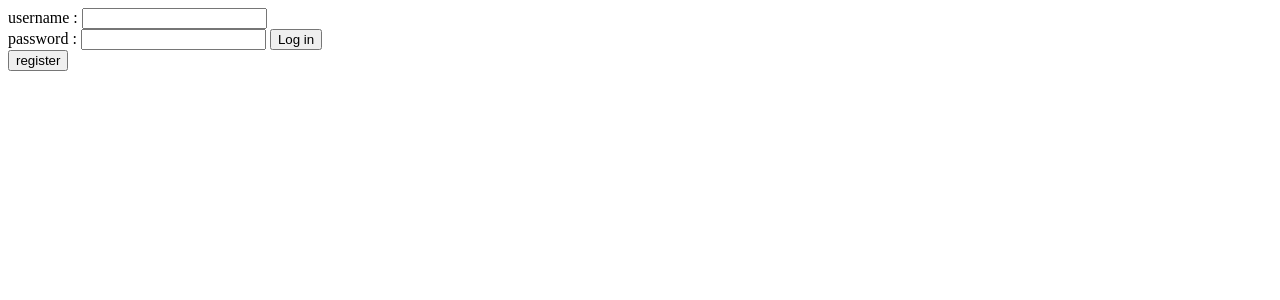
Repository: Aylin-NL/Webtech
Page: webtech1/WebContent/Login.html
The author's editor kept a copy of each file at every save. The page is drawn from the files as they stood at one save, then again after the next save.
The browser window is 1280 px wide. The pictures show the whole page.

Above is the page before, as saved 2014-09-02 21:01:17.

### webtech1/WebContent/Login.html
<!DOCTYPE html>
<html>
<head>
<meta charset="ISO-8859-1">

<title>Login</title>
</head>
	<body>
		<form action="./Servlet1" method="post">
			username  : <input type="text" name="username"> <br>
			password  : <input type="password" name="password">
			<input type="submit" name="submit" value="Log in">
		</form>

		<form action="./Servlet1" method="post">
			<input type="submit" name="register" value="register">
		</form>

	</body>
</html>

After the next save:
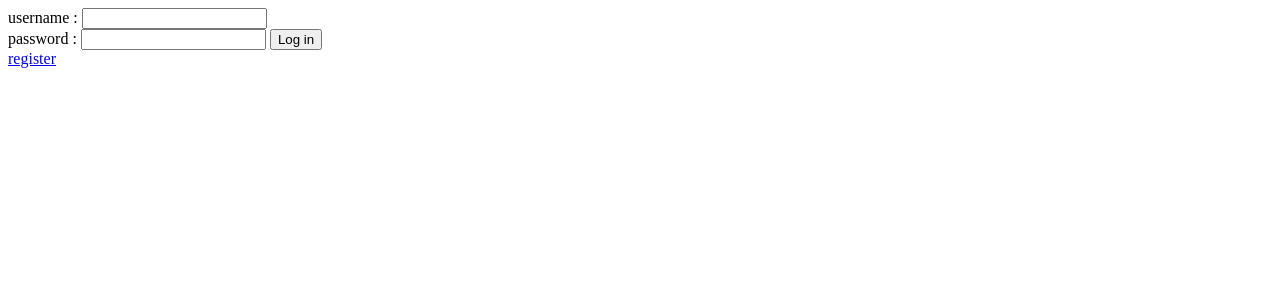
Saved 7 min 20 s later.
--- a/webtech1/WebContent/Login.html
+++ b/webtech1/WebContent/Login.html
@@ -12,9 +12,8 @@
 			<input type="submit" name="submit" value="Log in">
 		</form>
 
-		<form action="./Servlet1" method="post">
-			<input type="submit" name="register" value="register">
-		</form>
+		<a href="./register.html">register</a>
+
 
 	</body>
 </html>
